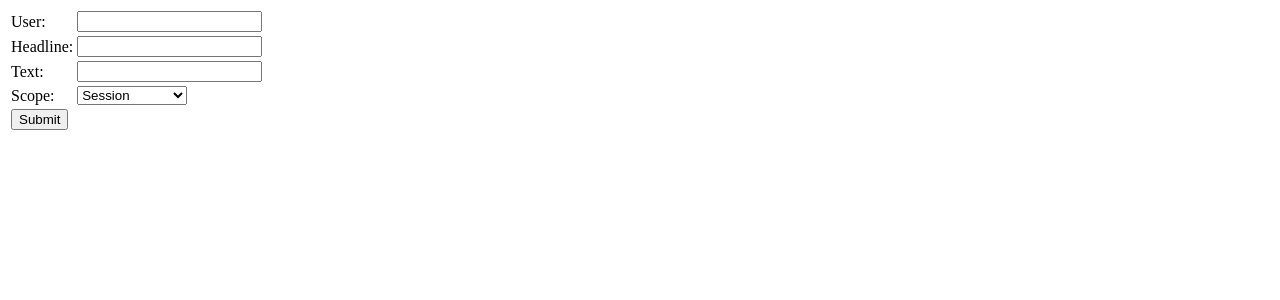
Repository: davidm15/FirstServlet
Page: http://localhost/Planetbook/
These files come from the project's save history. The page is drawn as it stood at one moment and after the next save; the edit follows.
The browser window is 1280 px wide. The pictures show the whole page.
The page is served by Tomcat 9.

Above is the page before, as saved 2017-03-19 12:29:16.

After the next save:
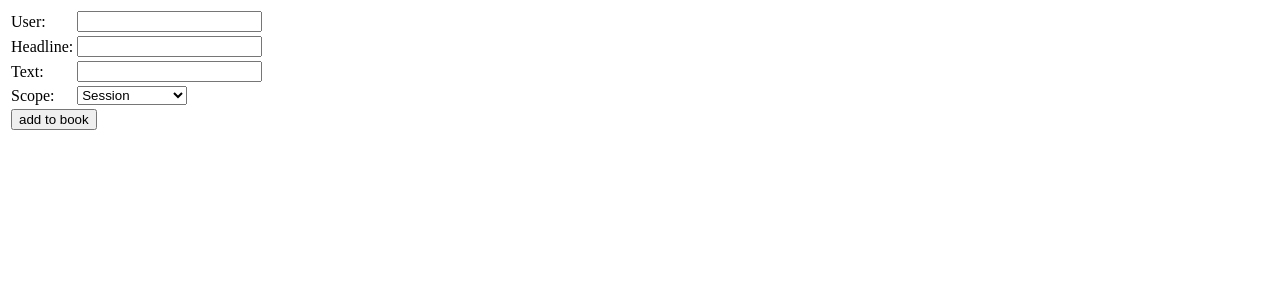
Saved 20 s later.
--- a/Planetbook/WebContent/index.jsp
+++ b/Planetbook/WebContent/index.jsp
@@ -31,7 +31,7 @@
 			</tr>
 			<tr>
 				<td colspan="2"><input type="submit" name="submit"
-					value="Submit"></td>
+					value="add to book"></td>
 			</tr>
 
 		</table>
